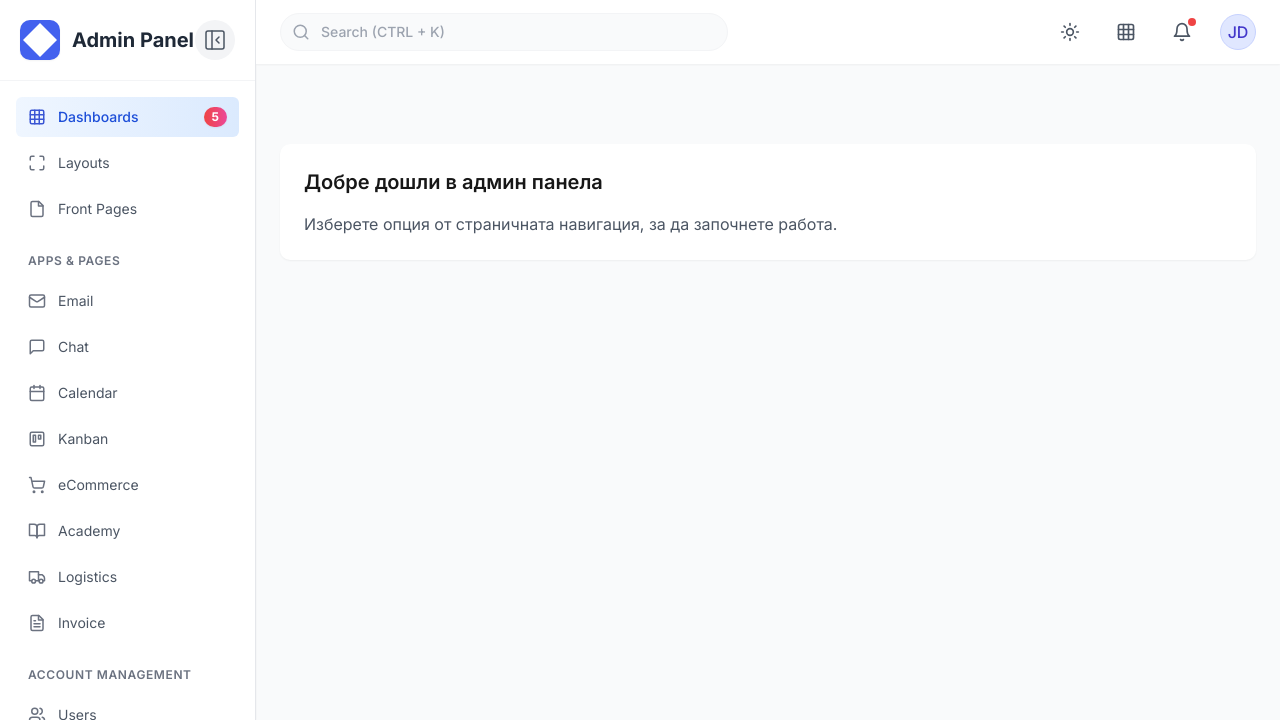
Repository: StoyanStoyanov1/DHS-Team
Page: / (app in dhs-admin-panel/)
These files come from the project's save history. The page is drawn as it stood at one moment and after the next save; the edit follows.
The browser window is 1280 px wide. The pictures show the whole page.
The project was rebuilt for these pictures with package versions that can differ from the ones it lists, and the page was loaded fresh each time. The framework's server and built-in components were replaced by stand-ins that run in the browser. Also part of the build but not shown: dhs-admin-panel/next.config.ts.

Above is the page before, as saved 2025-04-23 09:38:12.

After the next save:
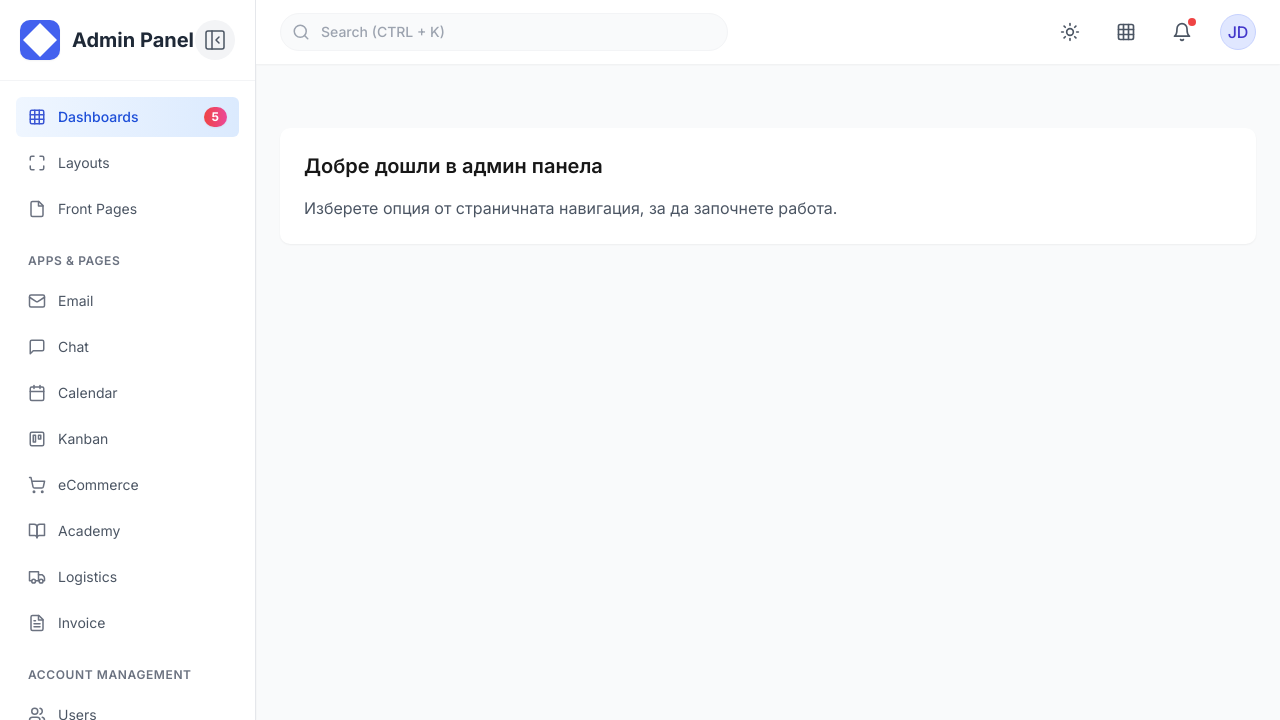
Saved 19 min 9 s later.
--- a/dhs-admin-panel/src/app/components/Layout.tsx
+++ b/dhs-admin-panel/src/app/components/Layout.tsx
@@ -32,8 +32,8 @@ const Layout: React.FC<DashboardLayoutProps> = ({ children }) => {
             <div className="flex-1 flex flex-col overflow-hidden">
                 <Header />
 
-                <main className="flex-1 overflow-y-auto pt-20 px-6 pb-6">
-                    <div className="max-w-7xl mx-auto w-full">
+                <main className="flex-1 overflow-y-auto pt-16 px-6 pb-6">
+                    <div className="max-w-6xl mx-auto w-full">
                         {children}
                     </div>
                 </main>
